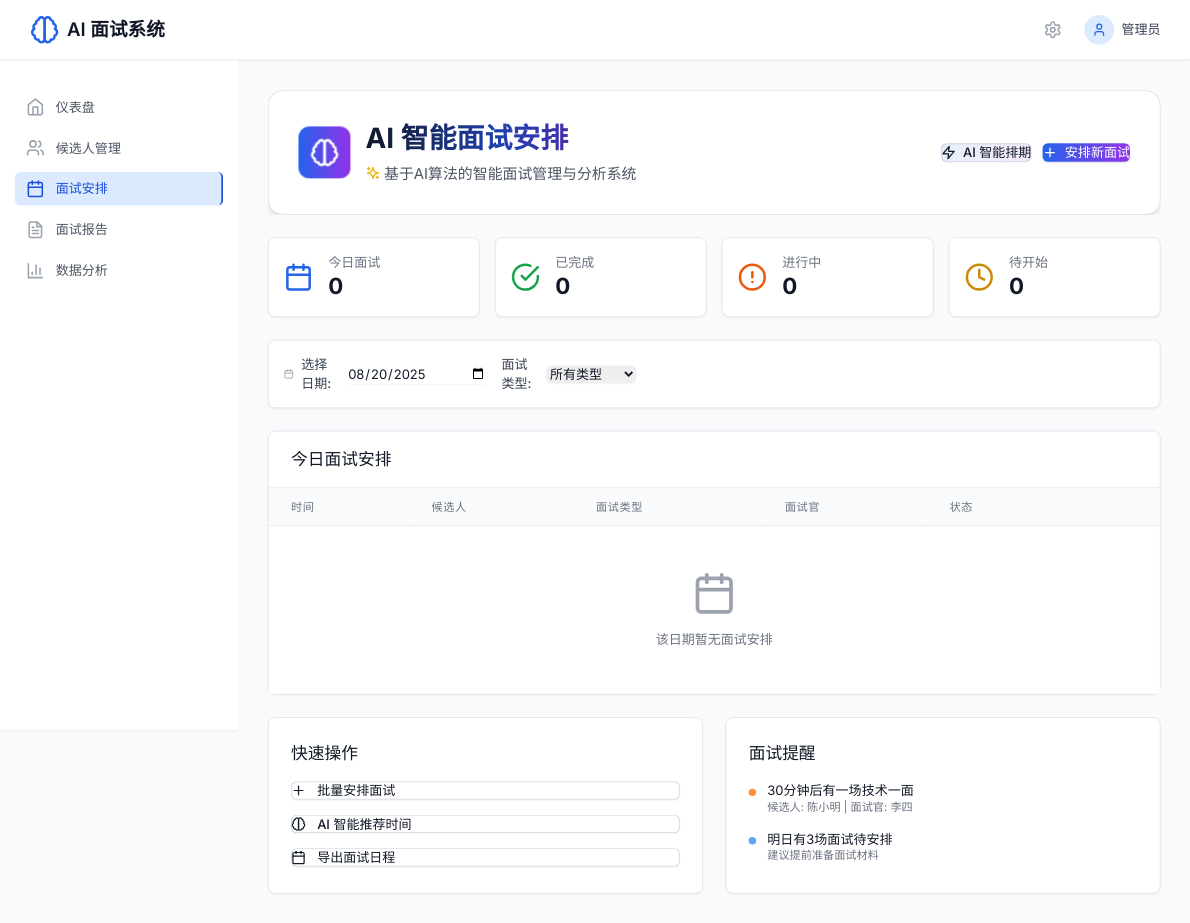
Repository: OisCircle/ai-day
Page: /interviews
An editor plug-in stored every save of this project. The page is shown before and after the next save, followed by the edit.
The browser window is 1280 px wide. The pictures show the whole page, at 93% of full size.
The project was rebuilt for these pictures with package versions that can differ from the ones it lists, and the page was loaded fresh each time. Also part of the build but not shown: vite.config.ts, src/pages/CandidateManagement.tsx, src/pages/Dashboard.tsx, src/pages/InterviewAnalysis.tsx, src/pages/InterviewConducting.tsx, src/pages/InterviewReports.tsx.

Above is the page before, as saved 2025-08-20 14:29:28.

After the next save:
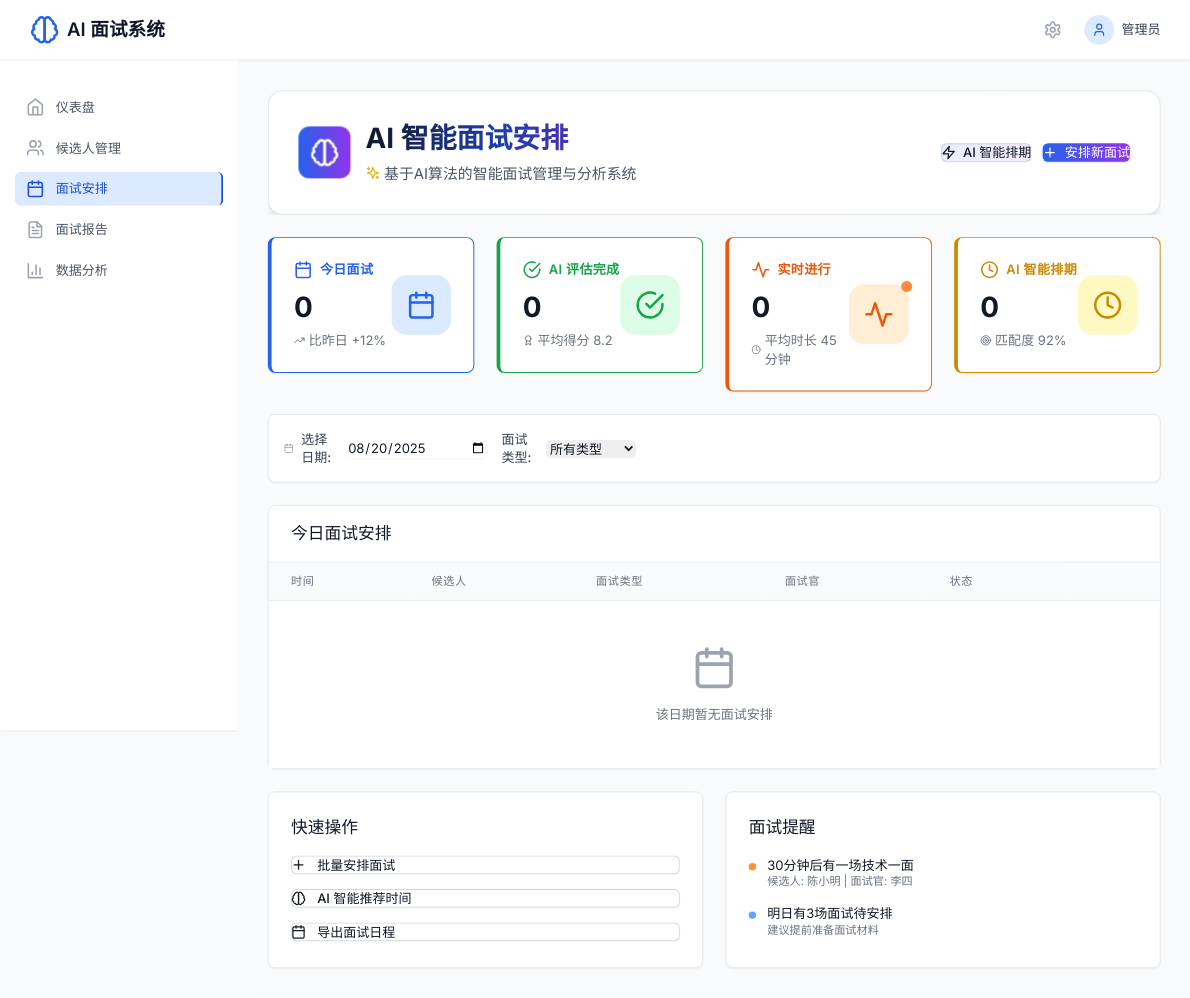
Saved 25 s later.
--- a/src/pages/InterviewSchedule.tsx
+++ b/src/pages/InterviewSchedule.tsx
@@ -211,49 +211,93 @@ const InterviewSchedule: React.FC = () => {
         </div>
       </div>
 
-      {/* 今日统计 */}
-      <div className="grid grid-cols-1 md:grid-cols-4 gap-4">
-        <div className="card p-4">
-          <div className="flex items-center">
-            <Calendar className="h-8 w-8 text-blue-600" />
-            <div className="ml-4">
-              <p className="text-sm font-medium text-gray-500">今日面试</p>
-              <p className="text-2xl font-bold text-gray-900">
-                {todayStats.total}
-              </p>
-            </div>
-          </div>
-        </div>
-        <div className="card p-4">
-          <div className="flex items-center">
-            <CheckCircle className="h-8 w-8 text-green-600" />
-            <div className="ml-4">
-              <p className="text-sm font-medium text-gray-500">已完成</p>
-              <p className="text-2xl font-bold text-gray-900">
-                {todayStats.completed}
-              </p>
-            </div>
-          </div>
-        </div>
-        <div className="card p-4">
-          <div className="flex items-center">
-            <AlertCircle className="h-8 w-8 text-orange-600" />
-            <div className="ml-4">
-              <p className="text-sm font-medium text-gray-500">进行中</p>
-              <p className="text-2xl font-bold text-gray-900">
-                {todayStats.inProgress}
-              </p>
-            </div>
-          </div>
-        </div>
-        <div className="card p-4">
-          <div className="flex items-center">
-            <Clock className="h-8 w-8 text-yellow-600" />
-            <div className="ml-4">
-              <p className="text-sm font-medium text-gray-500">待开始</p>
-              <p className="text-2xl font-bold text-gray-900">
-                {todayStats.scheduled}
-              </p>
+      {/* AI 驱动的今日统计 */}
+      <div className="grid grid-cols-1 md:grid-cols-4 gap-6">
+        <div className="relative group">
+          <div className="absolute inset-0 bg-gradient-to-r from-blue-600 to-cyan-600 rounded-2xl opacity-0 group-hover:opacity-10 transition-all duration-300"></div>
+          <div className="relative card p-6 hover:shadow-xl transition-all duration-300 border-l-4 border-blue-600">
+            <div className="flex items-center justify-between">
+              <div>
+                <div className="flex items-center space-x-2 mb-3">
+                  <Calendar className="h-5 w-5 text-blue-600" />
+                  <p className="text-sm font-semibold text-blue-600 uppercase tracking-wide">今日面试</p>
+                </div>
+                <p className="text-3xl font-bold text-gray-900 mb-2">{todayStats.total}</p>
+                <div className="flex items-center text-sm text-gray-500">
+                  <TrendingUp className="h-3 w-3 mr-1" />
+                  <span>比昨日 +12%</span>
+                </div>
+              </div>
+              <div className="bg-blue-100 p-4 rounded-2xl">
+                <Calendar className="h-8 w-8 text-blue-600" />
+              </div>
+            </div>
+          </div>
+        </div>
+
+        <div className="relative group">
+          <div className="absolute inset-0 bg-gradient-to-r from-green-600 to-emerald-600 rounded-2xl opacity-0 group-hover:opacity-10 transition-all duration-300"></div>
+          <div className="relative card p-6 hover:shadow-xl transition-all duration-300 border-l-4 border-green-600">
+            <div className="flex items-center justify-between">
+              <div>
+                <div className="flex items-center space-x-2 mb-3">
+                  <CheckCircle className="h-5 w-5 text-green-600" />
+                  <p className="text-sm font-semibold text-green-600 uppercase tracking-wide">AI 评估完成</p>
+                </div>
+                <p className="text-3xl font-bold text-gray-900 mb-2">{todayStats.completed}</p>
+                <div className="flex items-center text-sm text-gray-500">
+                  <Award className="h-3 w-3 mr-1" />
+                  <span>平均得分 8.2</span>
+                </div>
+              </div>
+              <div className="bg-green-100 p-4 rounded-2xl">
+                <CheckCircle className="h-8 w-8 text-green-600" />
+              </div>
+            </div>
+          </div>
+        </div>
+
+        <div className="relative group">
+          <div className="absolute inset-0 bg-gradient-to-r from-orange-600 to-red-600 rounded-2xl opacity-0 group-hover:opacity-10 transition-all duration-300"></div>
+          <div className="relative card p-6 hover:shadow-xl transition-all duration-300 border-l-4 border-orange-600">
+            <div className="flex items-center justify-between">
+              <div>
+                <div className="flex items-center space-x-2 mb-3">
+                  <Activity className="h-5 w-5 text-orange-600" />
+                  <p className="text-sm font-semibold text-orange-600 uppercase tracking-wide">实时进行</p>
+                </div>
+                <p className="text-3xl font-bold text-gray-900 mb-2">{todayStats.inProgress}</p>
+                <div className="flex items-center text-sm text-gray-500">
+                  <Clock className="h-3 w-3 mr-1" />
+                  <span>平均时长 45分钟</span>
+                </div>
+              </div>
+              <div className="bg-orange-100 p-4 rounded-2xl relative">
+                <Activity className="h-8 w-8 text-orange-600" />
+                <div className="absolute -top-1 -right-1 w-3 h-3 bg-orange-500 rounded-full animate-pulse"></div>
+              </div>
+            </div>
+          </div>
+        </div>
+
+        <div className="relative group">
+          <div className="absolute inset-0 bg-gradient-to-r from-yellow-600 to-amber-600 rounded-2xl opacity-0 group-hover:opacity-10 transition-all duration-300"></div>
+          <div className="relative card p-6 hover:shadow-xl transition-all duration-300 border-l-4 border-yellow-600">
+            <div className="flex items-center justify-between">
+              <div>
+                <div className="flex items-center space-x-2 mb-3">
+                  <Clock className="h-5 w-5 text-yellow-600" />
+                  <p className="text-sm font-semibold text-yellow-600 uppercase tracking-wide">AI 智能排期</p>
+                </div>
+                <p className="text-3xl font-bold text-gray-900 mb-2">{todayStats.scheduled}</p>
+                <div className="flex items-center text-sm text-gray-500">
+                  <Target className="h-3 w-3 mr-1" />
+                  <span>匹配度 92%</span>
+                </div>
+              </div>
+              <div className="bg-yellow-100 p-4 rounded-2xl">
+                <Clock className="h-8 w-8 text-yellow-600" />
+              </div>
             </div>
           </div>
         </div>
